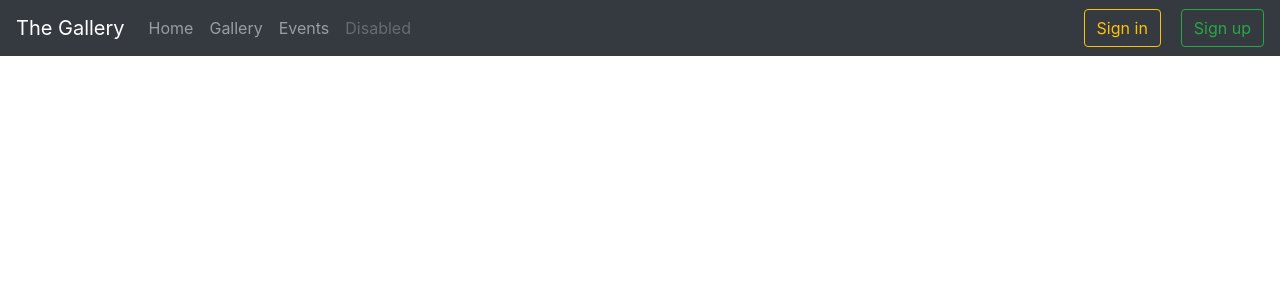
Repository: caramelsyrup/SpringProject1
Page: http://localhost/gallery/resources/includes/header.jsp
The author's editor kept a copy of each file at every save. The page is drawn from the files as they stood at one save, then again after the next save.
The browser window is 1280 px wide. The pictures show the whole page.
The page is served by Tomcat 9. Nobody is signed in. The application's start-up code is not run. Other server files are loaded and not shown.

Above is the page before, as saved 2020-11-17 05:58:14.

### gallery/src/main/webapp/resources/includes/header.jsp
<%@ taglib prefix="c" uri="http://java.sun.com/jsp/jstl/core" %>
<!DOCTYPE html>
<html>
<head>
<meta charset="UTF-8">
    <meta charset="utf-8">
    <meta name="viewport" content="width=device-width, initial-scale=1, shrink-to-fit=no">
    <meta name="description" content="">
    <meta name="author" content="Mark Otto, Jacob Thornton, and Bootstrap contributors">
    <meta name="generator" content="Jekyll v4.1.1">
<script src="https://code.jquery.com/jquery-3.5.1.js" integrity="sha256-QWo7LDvxbWT2tbbQ97B53yJnYU3WhH/C8ycbRAkjPDc=" crossorigin="anonymous"></script>
<!-- Latest compiled and minified CSS -->
<link rel="stylesheet" href="https://stackpath.bootstrapcdn.com/bootstrap/4.5.2/css/bootstrap.min.css">
<!-- Latest compiled JavaScript -->
<script src="https://stackpath.bootstrapcdn.com/bootstrap/4.5.2/js/bootstrap.min.js"></script>
</head>
<!-- 최상단 -->
<body class="d-flex flex-column h-100">
    <header>
  <!-- Fixed navbar -->
  <nav class="navbar navbar-expand-md navbar-dark fixed-top bg-dark">
    <a class="navbar-brand" href="#">The Gallery</a>
    <button class="navbar-toggler" type="button" data-toggle="collapse" data-target="#navbarCollapse" aria-controls="navbarCollapse" aria-expanded="false" aria-label="Toggle navigation">
      <span class="navbar-toggler-icon"></span>
    </button>
    <div class="collapse navbar-collapse" id="navbarCollapse">
      <ul class="navbar-nav mr-auto">
        <li class="nav-item">
          <a class="nav-link" href="#">Home <!-- <span class="sr-only">(current)</span> --> </a>
        </li>
        <li class="nav-item">
          <a class="nav-link" href="#">Gallery</a>
        </li>
        <li class="nav-item">
          <a class="nav-link" href="#">Events</a>
        </li>
        <li class="nav-item">
	        <c:if test="${member.auth==0}">
	          <a class="nav-link" href="#">Info</a>
	        </c:if>
        </li>
        <li class="nav-item">
          <a class="nav-link disabled" href="#" tabindex="-1" aria-disabled="true">Disabled</a>
        </li>
      </ul>
       <c:choose>
       	<c:when test="${empty member.username}">
       		<a class="btn btn-outline-warning my-2 my-sm-0" href="/member/createMember" style="margin-right: 20px">Sign in</a>
      		<a class="btn btn-outline-success my-2 my-sm-0" href="/customLogin">Sign up</a>
      	</c:when>
      	<c:otherwise>
        	<a class="btn btn-outline-success my-2 my-sm-0" href="/customLogout">Logout</a>
        </c:otherwise>
        </c:choose>
    </div>
  </nav>
</header>

After the next save:
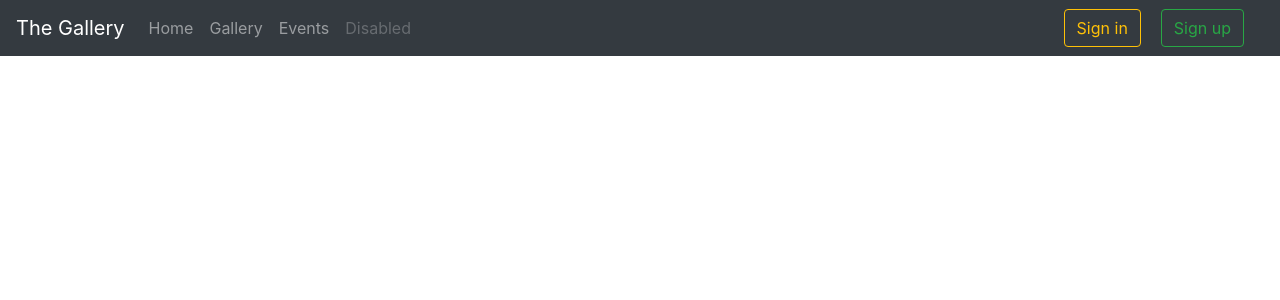
Saved 19 s later.
--- a/gallery/src/main/webapp/resources/includes/header.jsp
+++ b/gallery/src/main/webapp/resources/includes/header.jsp
@@ -46,7 +46,7 @@
        <c:choose>
        	<c:when test="${empty member.username}">
        		<a class="btn btn-outline-warning my-2 my-sm-0" href="/member/createMember" style="margin-right: 20px">Sign in</a>
-      		<a class="btn btn-outline-success my-2 my-sm-0" href="/customLogin">Sign up</a>
+      		<a class="btn btn-outline-success my-2 my-sm-0" href="/customLogin" style="margin-right: 20px">Sign up</a>
       	</c:when>
       	<c:otherwise>
         	<a class="btn btn-outline-success my-2 my-sm-0" href="/customLogout">Logout</a>
